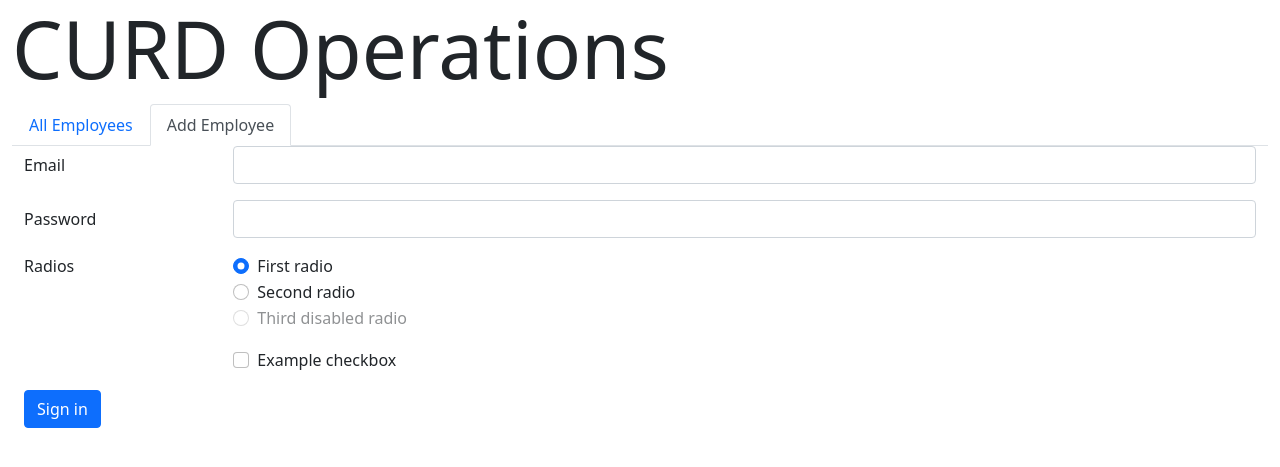
Repository: code8sam/SpringAndSpringBoot
Page: http://localhost/curdoperationsusingmvc/WEB-INF/views/insertEmployeeForm.jsp
The author's editor kept a copy of each file at every save. The page is drawn from the files as they stood at one save, then again after the next save.
The browser window is 1280 px wide. The pictures show the whole page.
The page is served by Tomcat 9. Nobody is signed in. The template is opened directly, without the code that normally fills it, so the values that code supplies are empty.

Above is the page before, as saved 2022-04-08 11:55:39.

After the next save:
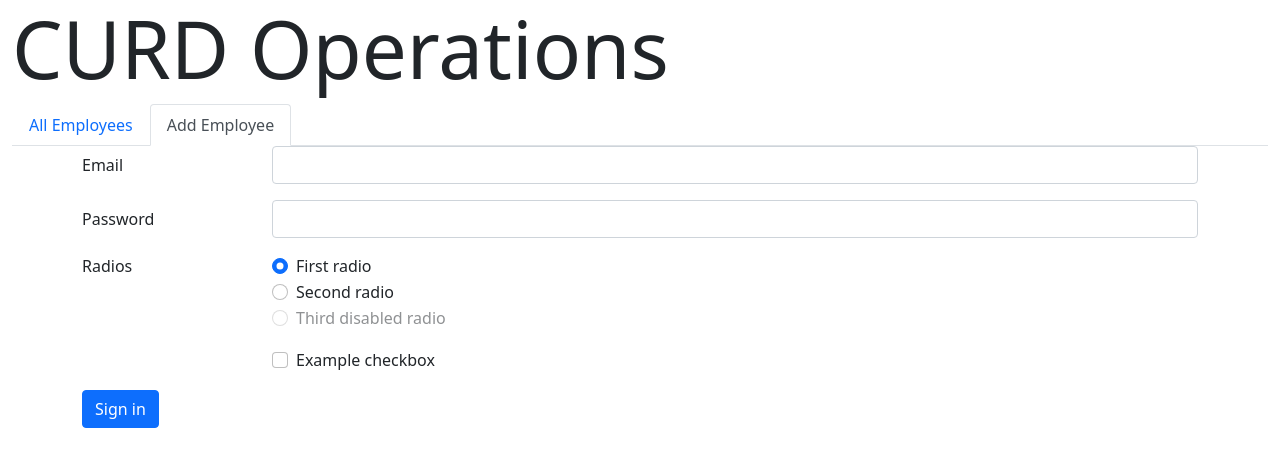
Saved 19 s later.
--- a/springs/HESE7/curdoperationsusingmvc/src/main/webapp/WEB-INF/views/insertEmployeeForm.jsp
+++ b/springs/HESE7/curdoperationsusingmvc/src/main/webapp/WEB-INF/views/insertEmployeeForm.jsp
@@ -26,7 +26,7 @@
 			<li class="nav-item"><a class="nav-link" aria-current="page" href="./display">All Employees</a></li>
 			<li class="nav-item"><a class="nav-link active" href="./insert">Add Employee</a></li>
 		</ul>
-	<div class=".container-md container-fluid">
+	<div class="container-md container-fluid">
 		<form>
 		  <div class="row mb-3">
 		    <label for="inputEmail3" class="col-sm-2 col-form-label">Email</label>
